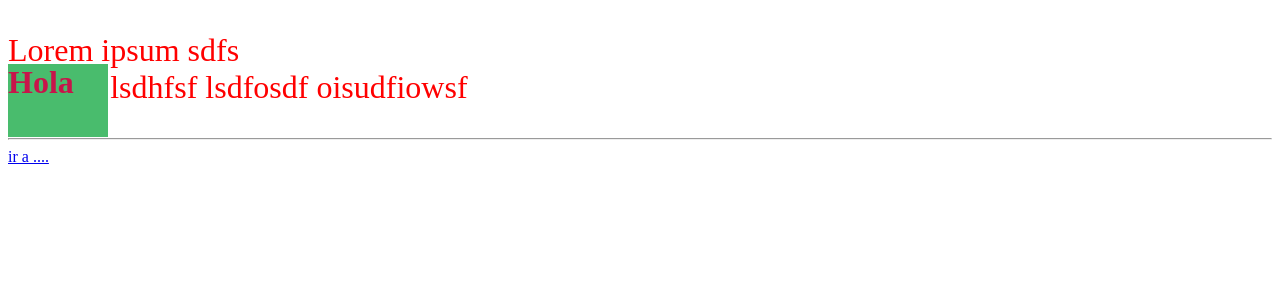
Repository: gadiazsaavedra/Unidad_2
Page: index.html
These files come from the project's save history. The page is drawn as it stood at one moment and after a run of saves; the edit follows.
The browser window is 1280 px wide. The pictures show the whole page.

Above is the page before, as saved 2023-08-07 15:40:15.

After the next 3 saves:
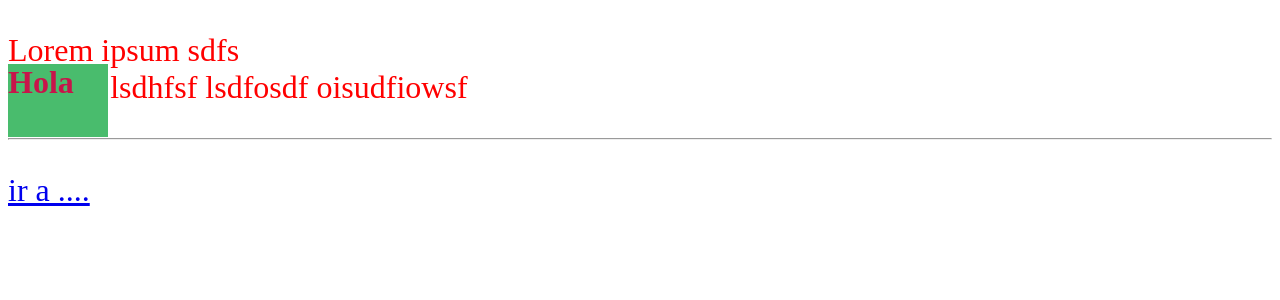
The 3 saves are shown as one change because they came seconds apart.
The last was saved 9 s later.
--- a/index.html
+++ b/index.html
@@ -8,7 +8,8 @@
   <body>
     <p style="width: 100px; height: 73px;" id="mi_parrafo">Hola</p>
     <p>Lorem ipsum sdfs<br/> sdhfsdf lsdhfsf lsdfosdf oisudfiowsf </p>
-    <hr
+    <hr/>
+
     <p><a href="https://www.google.com/">ir a ....</a><br>
     </p>
   </body>
